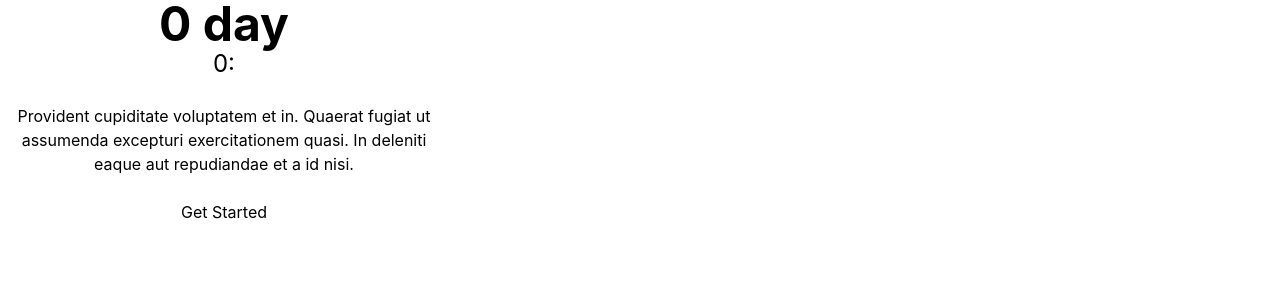
Repository: RahmanRakib9/TwentyOne
Page: /
An editor plug-in stored every save of this project. The page is shown before and after a run of saves, followed by the edit.
The browser window is 1280 px wide. The pictures show the whole page.
The project was rebuilt for these pictures with package versions that can differ from the ones it lists, and the page was loaded fresh each time.

Above is the page before, as saved 2022-10-13 17:43:26.

After the next 4 saves:
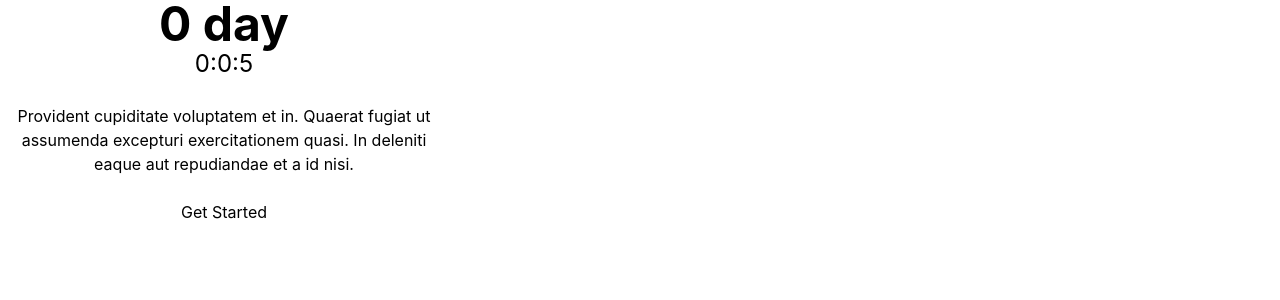
The 4 saves are shown as one change because they came seconds apart.
The last was saved 12 s later.
--- a/src/components/Timer.js
+++ b/src/components/Timer.js
@@ -8,7 +8,9 @@ const Timer = () => {
       <div class="hero-content text-center">
         <div class="max-w-md">
           <h1 class="text-5xl font-bold">{day} day</h1>
-          <h3 className="text-2xl">{hour}:{}</h3>
+          <h3 className="text-2xl">
+            {hour}:{minute}:{second}
+          </h3>
           <p class="py-6">
             Provident cupiditate voluptatem et in. Quaerat fugiat ut assumenda
             excepturi exercitationem quasi. In deleniti eaque aut repudiandae et
@@ -16,7 +18,6 @@ const Timer = () => {
           </p>
           <button class="btn btn-primary">Get Started</button>
         </div>
-
       </div>
     </div>
   );
